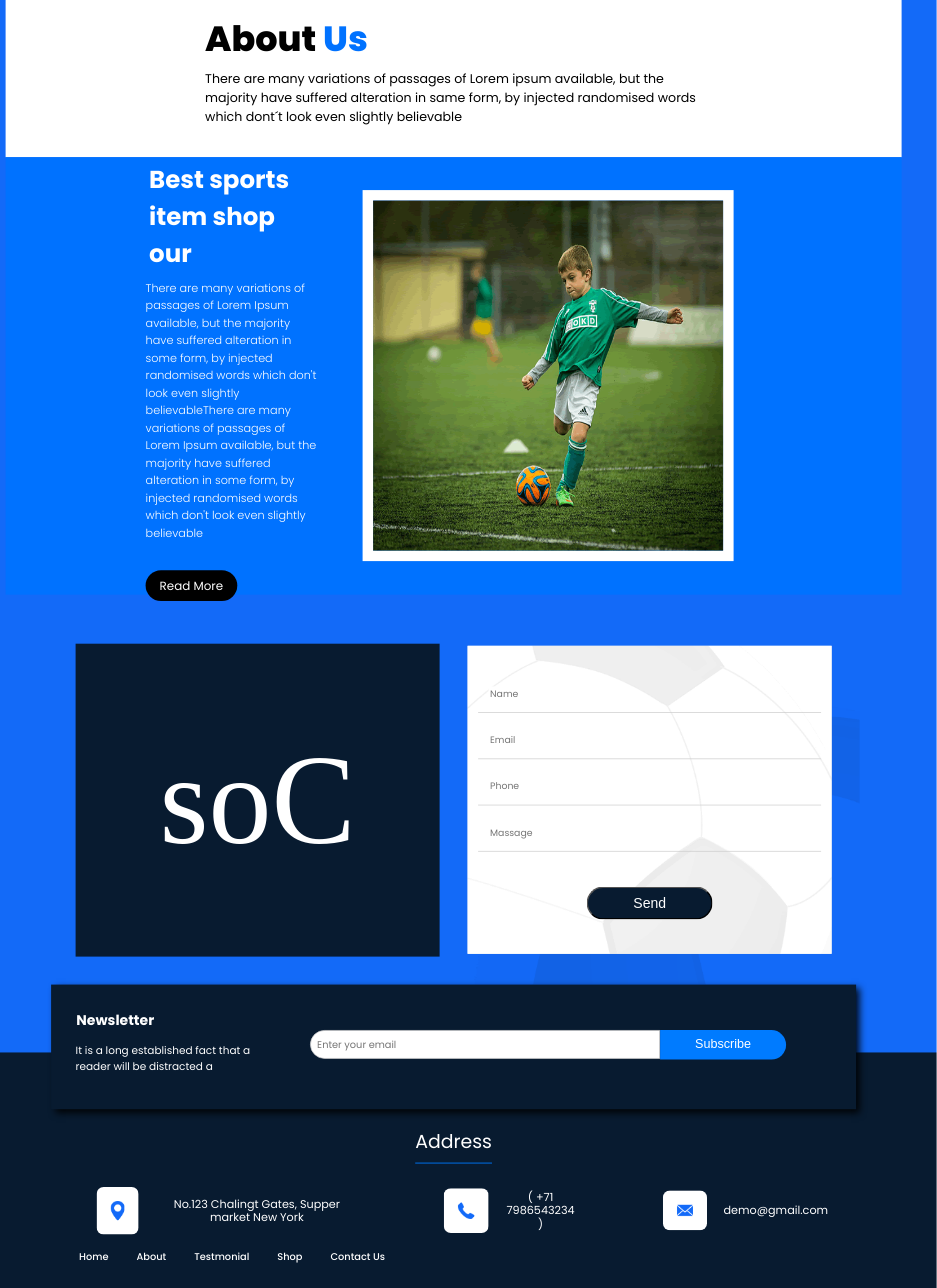
Repository: Vinicius9922/Projeto-Web
Page: index.html
The author's editor kept a copy of each file at every save. The page is drawn from the files as they stood at one save, then again after a run of saves.
The browser window is 1280 px wide. The page is 1338 px wide, so the pictures cover 1338 px, including what lies to the right of the window. The pictures show the part of the page from y = 1902 to 3742 px (the page is 3742 px tall), at 70% of full size.

Above is the page before, as saved 2024-12-13 19:57:45.

### index.html
<!DOCTYPE html>
<html>

<head>
    <meta charset="UTF-8">
    <meta name="viewport" content="width=device-width, initial-scale=1.0">
    <link rel="stylesheet" href="index.css">
    <link rel="preconnect" href="https://fonts.googleapis.com">
    <link rel="preconnect" href="https://fonts.gstatic.com" crossorigin>
    <link
        href="https://fonts.googleapis.com/css2?family=Lora:ital,wght@0,400..700;1,400..700&family=Poppins:ital,wght@0,100;0,200;0,300;0,400;0,500;0,600;0,700;0,800;0,900;1,100;1,200;1,300;1,400;1,500;1,600;1,700;1,800;1,900&display=swap"
        rel="stylesheet">
    <title>Index</title>
</head>

<body class="main-layout">
    <header>
        <div class="header">
            <div class="container">
                <div class="logo"><img src="img/logo.png" alt="logo"></div>
                <div class="navBar">
                    <nav>
                        <ul class="menuNav">
                            <li>HOME</li>
                            <li>ABOUT</li>
                            <li>TESTMONIAL</li>
                            <li>SHOP</li>
                            <li>CONTACT US</li>
                            <li><img id="lupa" src="img/search_icon.png"></li>
                        </ul>
                    </nav>
                </div>
            </div>
        </div>
    </header>
    <section>
        <div class="container">
            <div class="carroussel">
                <div class="textCarroussel">
                    <h1>Welcome to <strong class="color">Our Shop</strong></h1>
                    <p>There are many variations of passages of Lorem Ipsum available, but the majority have
                        suffered
                        alteration in some form, by injected humour</p>
                    <button class="botao-carrossel">Buy Now</button>
                    <button class="botao-carrossel">About</button>
                </div>
            </div>
            <div class="img-carroussel">
                <div>
                    <figure><img id="img-carroussel" src="img/boksing-gloves.png" alt="img" /></figure>
                </div>
            </div>
        </div>
    </section>

    <!-- aaaaaaaaaaaaaaa -->

    <div class="parte branca">
        <h1>Our <span>Products</span></h1>
        <p>There are many variations of passages of Lorem ipsum available, but the majority have suffered alteration in
            some form, by injected randomised words wich don't look even slightly believable</p>
    </div>

    <div class="container3">

        <div class="imagem1">
            <img src="img/basketball.png" alt="bola">
            <p>$<span class="valor">50</span></p>
            <p class="p1">Basket ball</p>
        </div>
        <div class="imagem2">
            <img src="img/t-shirt.png" alt="camiseta">
            <p>$<span class="valor">50</span></p>
            <p class="p1">T-shirt</p>
        </div>
        <div class="imagem3">
            <img src="img/game.png" alt="game">
            <p>$<span class="valor">50</span></p>
            <p class="p1">Game</p>
        </div>
        <div class="imagem4">
            <img src="img/basketball.png" alt="bola">
            <p>$<span class="valor">50</span></p>
            <p class="p1">Basket ball</p>
        </div>
        <div class="imagem5">
            <img src="img/t-shirt.png" alt="camiseta">
            <p>$<span class="valor">50</span></p>
            <p class="p1">T-shirt</p>
        </div>
        <div class="imagem6">
            <img src="img/game.png" alt="game">
            <p>$<span class="valor">50</span></p>
            <p class="p1">game</p>
        </div>

    </div>
    <div class="branca2">
        <h1> About <span>Us</span></h1>
        <p>There are many variations of passages of Lorem ipsum available, but the majority have suffered alteration in
            same form, by injected randomised words which dont´t look even slightly believable</p>
    </div>

    <div class="shield">
        <div class="texto-shield">
            <h1 class="textobranco">Best sports item shop our</h1>
            <p class="p2">There are many variations of passages of Lorem Ipsum available, but the majority have suffered
                alteration in some form, by injected randomised words which don't look even slightly believableThere are
                many variations of passages of Lorem Ipsum available, but the majority have suffered alteration in some
                form, by injected randomised words which don't look even slightly believable</p>

            <div class="btn_main">
                <a class="botao" href="#" role="button">Read More</a>
            </div>
        </div>
        <div class="child">
            <figure><img src="img/child-image.png">
            </figure>
        </div>
    </div>

    <!-- aaaaaaaaaaaaaaaaaaaa -->

    <div class="container2">
        <div class="formulario">
            <div class="box-left">
                <div class="soc">soC</div>
            </div>
            <div class="box-right">
                <form>
                    <div class="grupo-form">
                        <input type="text" class="form" placeholder="Name" name="Name">
                    </div>
                    <div class="grupo-form">
                        <input type="email" class="form" placeholder="Email" name="Email">
                    </div>
                    <div class="grupo-form">
                        <input type="text" class="form" placeholder="Phone" name="Phone">
                    </div>
                    <div class="grupo-form">
                        <input type="text" class="form" placeholder="Massage" name="mensagem">
                    </div>
                    <div class="send-button">
                        <button type="submit" class="botao-env">Send</button>
                    </div>
                </form>
            </div>
        </div>
        <div class="box-down">
            <div class="text-news">
                <h2 class="Newsletter">Newsletter</h2>
                <p class="text-newsletter">It is a long established fact that a reader will be distracted a</p>
            </div>
            <div class="email-news">
                <input type="email" class="news-email" placeholder="Enter your email" name="Email">
            </div>
            <div class="Subscribe">
                <button class="subs-button" type="Subscribe">Subscribe</button>
            </div>
        </div>



        <div class="footer">
            <div>
                <div>
                    <div>
                        <div class="titulo">
                            <h2 class="titulo_texto">Address</h2>
                        </div>
                    </div>
                </div>
            </div>
            <div class="endereco">
                <div>
                    <div class="icones">
                        <div class="site_info">
                            <div class="img-icon">
                                <span class="info_icon"><img src="img/map-icon.png" /></span>
                            </div>
                            <span>No.123 Chalingt Gates, Supper market New York</span>
                        </div>
                    </div>
                    <div class="icones">
                        <div class="site_info">
                            <div class="img-icon">
                                <span class="info_icon"><img src="img/phone-icon.png" /></span>
                            </div>
                            <span>( +71 7986543234 )</span>
                        </div>
                    </div>
                    <div class="icones">
                        <div class="site_info">
                            <div class="img-icon">
                                <span class="info_icon"><img src="img/email-icon.png" /></span>
                            </div>
                            <span>demo@gmail.com</span>
                        </div>
                    </div>
                </div>
            </div>

            <div class="menu_main">
                <div class="menu_text">
                    <ul>
                        <li >Home</li>
                        <li>About</li>
                        <li>Testmonial</li>
                        <li>Shop</li>
                        <li>Contact Us</li>
                    </ul>
                </div>
            </div>
        </div>
    </div>

</body>

</html>

### index.css
@import url('https://fonts.googleapis.com/css2?family=Lora:ital,wght@0,400..700;1,400..700&family=Poppins:ital,wght@0,100;0,200;0,300;0,400;0,500;0,600;0,700;0,800;0,900;1,100;1,200;1,300;1,400;1,500;1,600;1,700;1,800;1,900&display=swap');

body {
    width: 100%;
    font-family: Poppins, normal;
    background-color: #136af8;
    background: linear-gradient(to bottom, #136af8 91%, #081b30 9%);
}

header {
    background-color: #136af8;
    padding: 0px;
}

.container {
    display: flex;
    align-items: center;
    justify-content: space-between;
    margin: 40px 200px;
}

li:hover {
    text-decoration: underline;
    cursor: pointer;
    font-weight: bolder;
}

ul {
    color: white;
    list-style-type: none;
    display: flex;
    margin: 0;
    padding: 0;
    gap: 40px;
    font-weight: 500;
}

#lupa {
    margin-left: 20px;
}

.logo {
    margin-left: 60px;
}

section {
    background-color: #136af8;
    display: flex;
}

.textCarroussel {
    text-align: left;
    margin-left: 60px;
    padding-left: 15px;
}

.textCarroussel p,
strong {
    color: white;
}

.color {
    font-weight: bolder;
}

.textCarroussel h1 {
    font-family: Poppins;
    font-weight: bold;
    font-size: 65px;
    line-height: 74px;
    color: #081b30;
}

.textCarroussel p {
    font-size: 16px;
}

button {
    min-width: 180px;
    color: white;
    background-color: #081b30;
    padding: 10px 50px;
    border-radius: 30px;
    display: inline-block;
    font-size: 20px;
    margin-top: 40px;
    cursor: pointer;
}

button:hover {
    background-color: #032b58;
}

button+button {
    margin-left: 15px;
}

#img-carroussel {
    max-width: 110%;
    height: auto;
    display: block;
}


.parte.branca {
    background-color: white;
    text-align: center;
    padding: 40px 280px;
}

.parte.branca h1 {
    font-size: 50px;
    color: black;
    text-align: left;
    font-weight: 800;
    margin: 5px;
}

.parte.branca h1 span {
    color: #0072ff;

}

.parte.branca p {
    font-size: 18px;
    margin-top: 10px;
    text-align: left;
    font-weight: 400;
    margin: 5px;
}

/* Grade de produtos */
.container3 {
    display: grid;
    grid-template-columns: repeat(3, 1fr);
    gap: 20px;
    column-gap: 30px;
    padding-left: 250px;
    padding-right: 250px;
    padding-top: 40px;
    padding-bottom: 40px;
    background-color: #001f3f;
}


.container3 div {
    text-align: center;
    background-color: white;
    padding: 20px;
    box-shadow: 0 5px 10px rgba(0, 0, 0, 0.1);
}

.container3 img {
    width: 300px;
    height: 300px;
    margin-bottom: 10px;
}

.container3 div .valor {
    margin: 5px 0;
    font-size: 26px;
    color: #0072ff
}

.container3 div p {
    font-size: 26px;
    color: black;
    margin: 3px;
}

/* Sessão "About Us" */
.branca2 {
    background-color: white;
    text-align: left;
    padding: 40px 280px;
}

.branca2 h1 {
    font-size: 50px;
    color: black;
    text-align: left;
    font-weight: 800;
    margin: 5px;
}

.branca2 h1 span {
    color: #0072ff;
}

.branca2 p {
    font-size: 18px;
    margin-top: 10px;
    text-align: left;
    font-weight: 400;
    margin: 5px;
}

/* Sessão "Best sports item shop our" */
.shield {
    display: flex;
    justify-content: space-between;
    align-items: center;
    background-color: #0072ff;
    color: white;
    padding-left: 200px;
    padding-right: 200px;
    gap: 20px;
}

.texto-shield {
    text-align: left;
}

.shield h1 {
    font-size: 35px;
    color: rgb(255, 255, 255);
    text-align: left;
    font-weight: 700;
    margin: 5px;
}

.shield .p2 {
    font-size: 16px;
    margin-top: 10px;
    text-align: left;
    font-weight: 300;
    margin-bottom: 50px;
}

.btn_main .botao {
    text-decoration: none;
    background-color: black;
    color: white;
    padding: 10px 20px;
    border-radius: 30px;
    font-size: 17px;
    transition: 0.5s ease, color 0.4s ease 0.1s;
}

.botao:hover {
    background-color: #fbfbfb;
    color: black;
}

.child {
    margin: 0px;
}

.child img {
    height: 500px;
    width: 500px;
    display: flex;
    border: 15px solid #fff;
}

.container2 {
    display: flex;
    align-items: center;
    justify-content: space-between;
    margin: 30px 100px;
    flex-direction: column;
}

.formulario {
    flex: auto;
    display: flex;
    justify-content: space-between;
    align-items: center;
    border-radius: 10px;
    padding: 40px;
    justify-content: center;
    gap: 40px;
    background-image: url('img/contact-banner.png');
}

.grupo-form {
    width: 100%;
    padding: 15px;
    margin-bottom: 10px;
    border-bottom: 1px solid #ccc;
}

form {
    display: flex;
    flex-direction: column;
    align-items: center;
    width: 460px;
    height: 360px;
}

.form {
    border: none;
    width: 100px;
    margin: 0px;
}

.box-left {
    background-color: #081b30;
    color: white;
    text-align: center;
    font-family: apple;
    font-size: 180px;
    padding: 10% 10%;
    padding: 120px;
}

.box-right {
    height: auto;
    background-color: #f2f2f2;
    background-image: url('img/boll_bg.png');
    padding: 40px 30px;
}

.box-left,
.box-right {
    width: 50%;
}

input {
    border: none;
    outline: none;
    width: 100%;
}

input,
textarea {
    font-family: Poppins, normal;
    color: #a4a0a0;
    width: 100%;
}

.box-down {
    display: flex;
    align-items: row;
    background-color: #081b30;
    color: white;
    width: 1150px;
    box-shadow: 5px 5px 10px 0 rgba(0, 0, 0, 0.9);
}

.text-news {
    display: flex;
    flex-direction: column;
    max-width: 300px;
    padding-left: 35px;
    font-size: 12px;
    padding: 35px;
}

.Newsletter {
    margin: 1px;
    font-size: 20px;
}

.text-newsletter {
    font-size: 15px;
}

.email-news {
    display: flex;
    align-items: center;
    height: 172px;
}

.Subscribe {
    display: flex;
    align-items: center;
    height: 132px;
}

.news-email {
    padding: 9px;
    font-size: 14px;
    border: 1px solid #ccc;
    border-radius: 25px 0 0 25px;
    width: 500px;
    height: 41px;
    box-sizing: border-box;
}

.subs-button {
    font-size: 18px;
    color: white;
    background-color: #007BFF;
    border: none;
    border-radius: 0 25px 25px 0;
    cursor: pointer;
    height: 42px;

}

.subs-button:hover {
    background-color: #0056b3;
}


.footer{
    font-size: 18px;
    margin-top: 10px;
    text-align: center;
    font-weight: 400;
    margin: 5px;
}

.titulo_texto{
    color:white;
    text-decoration-line: underline;
    text-decoration-color: #0056b3;
    text-underline-offset: 20px;
    font-weight:400;
}

.endereco > div {
    display: flex;
    gap: 100px;
    align-items: center;
}

.icones {
    display: flex;
    align-items: center;
    gap: 10px;
    color:white;
}

.info_icon img {
    width: auto;
    height: auto;
    background-color:white;
    border-radius: 10px;
    padding: 20px;
    display: block;
}

.site_info {
    display: flex;
    align-items: center;
}

.site_info span {
    line-height: 1.2;
    font-size: 16px;

}
.img-icon {
    display: flex;
    align-items: center;
    justify-content: center;
    width: 50px;
    height: 50px;
    background-color: white;
    border-radius: 10px;
    margin:30px;
}

.menu_text ul{
    font-size: 14px;
    text-align: center;
    padding:0px 200px 0px 00px;
    align-items:center;
}

.menu_text li:hover{
    color:#0072ff;
    cursor: pointer;
    text-decoration:none;
}

After the next 2 saves:
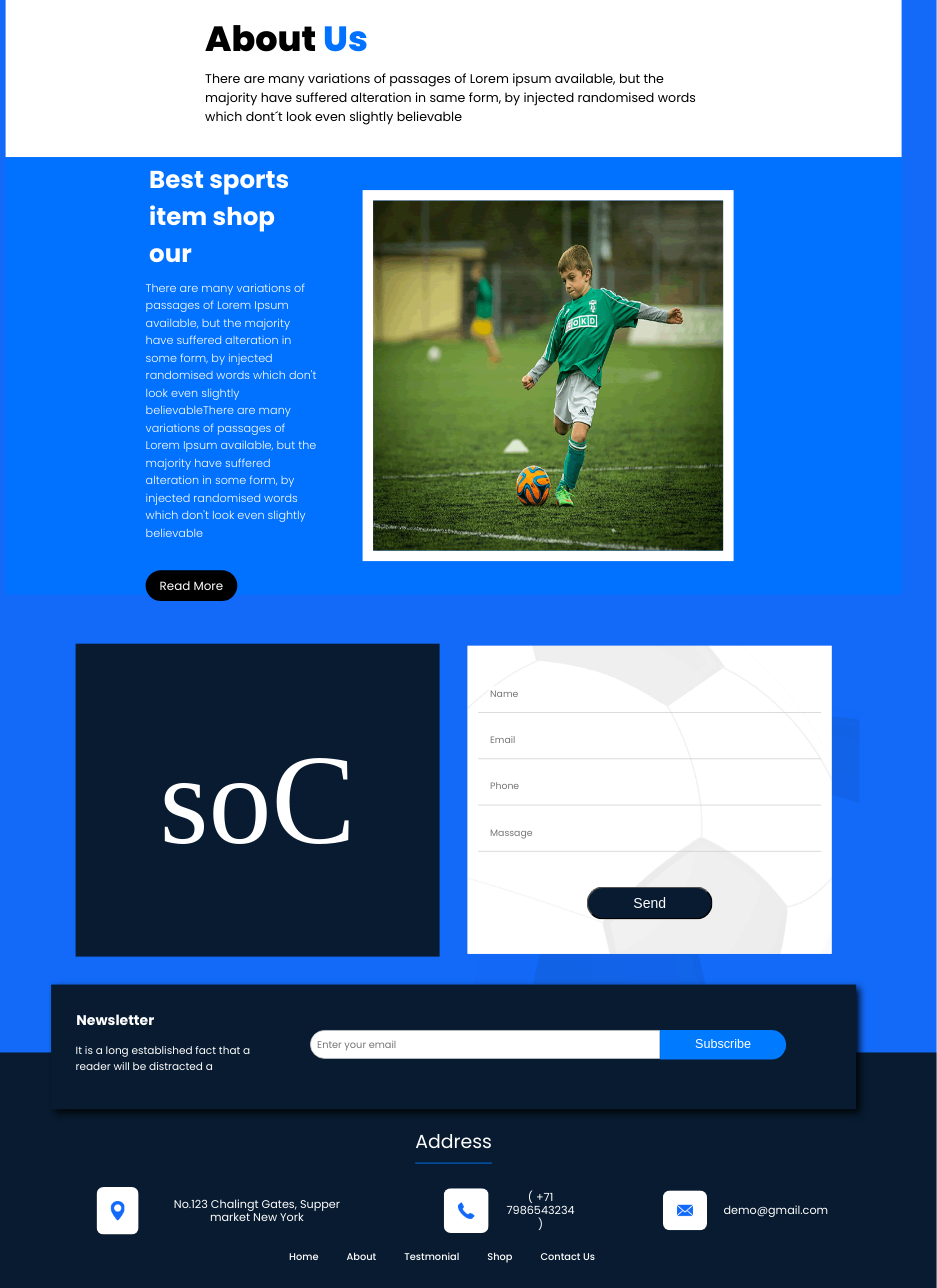
The 2 saves are shown as one change because they came seconds apart.
The last was saved 8 s later.
--- a/index.css
+++ b/index.css
@@ -456,7 +456,7 @@
 .menu_text ul{
     font-size: 14px;
     text-align: center;
-    padding:0px 200px 0px 00px;
+    padding:0px 00px 0px 300px;
     align-items:center;
 }
 
